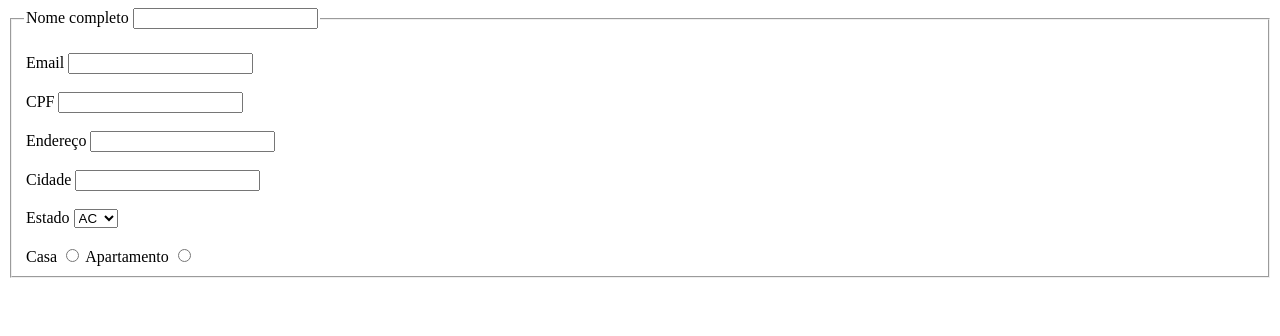
Repository: Parker9309/-trybe-exercises
Page: exercises/exercises-bloco6/html-e-css-forms-flexbox-e-responsivo_1/index.html
The author's editor kept a copy of each file at every save. The page is drawn from the files as they stood at one save, then again after a run of saves.
The browser window is 1280 px wide. The pictures show the whole page.

Above is the page before, as saved 2021-03-16 13:29:14.

### exercises/exercises-bloco6/html-e-css-forms-flexbox-e-responsivo_1/index.html
<!DOCTYPE html>
<html lang="pt-br">
<head>
  <meta charset="UTF-8">
  <meta http-equiv="X-UA-Compatible" content="IE=edge">
  <meta name="viewport" content="width=device-width, initial-scale=1.0">
  <title>Document</title>
</head>
<body>
  <form>
    <div id="forms">
    <fieldset>
      <legend>
        <label form="nome"> Nome completo
          <input type = "text" name="nome" id="nome" maxlength="40" required>
        </label>
      </legend>

  <br>

    <legend>
      <label form="mail"> Email
        <input type = "text" name="nome" id="mail" maxlength="50" required>
      </label>
    </legend>

  <br>

    <legend>
      <label form="cpf"> CPF
        <input type = "text" name="nome" id="cpf" maxlength="11" required>
      </label>
    </legend>

<br>

  <legend>
    <label form="nome"> Endereço
      <input type = "text" name="nome" id="endereço" maxlength="200" required>
    </label>
  </legend>

<br>

  <legend>
    <label form="nome"> Cidade
      <input type = "text" name="nome" id="city" maxlength="28" required>
    </label>
  </legend>

<br>

  <legend>
    <label form="nome"> Estado
      <select name="nome" id="estados" required>
    </label>
  </legend>

<br>

  <legend>
    <label form="nome"> Estado
      <select name="nome" id="estados" required>
    </label>
  </legend>

<br>

  <legend>
      <label form="nome">Casa</label>
      <input type="radio" name="nome" id="Moradia" required>
      <label form="nome">Apartamento</label>
      <input type="radio" name="nome" id="Moradia" required>
  </legend>
</fieldset>

</div>
</form>
<script src = "script.js"></script>
</body>
</html>

### exercises/exercises-bloco6/html-e-css-forms-flexbox-e-responsivo_1/script.js
let opcoes = document.getElementById('estados');
function criarOpcoes() {
  let estadosBr = ['AC', 'AL', 'AP','AM', 'BA','CE', 'DF',
  'ES', 'GO', 'MA', 'MT', 'MS', 'MG', 'PA', 'PB', 'PR','PE', 'PI', 'RJ', 'RN', 'RS', 'RO', 'RR', 'SC', 'SP', 'SE', 'TO'];
  for (let stateIndex = 0; stateIndex < estadosBr.length; stateIndex += 1) {
    let opcao = document.createElement('option');
    opcao.value = estadosBr[stateIndex].toLowerCase();
    opcao.id = 'estados';
    opcao.innerHTML = estadosBr[stateIndex];
    opcoes.appendChild(opcao);
  }
}
criarOpcoes()

After the next 2 saves:
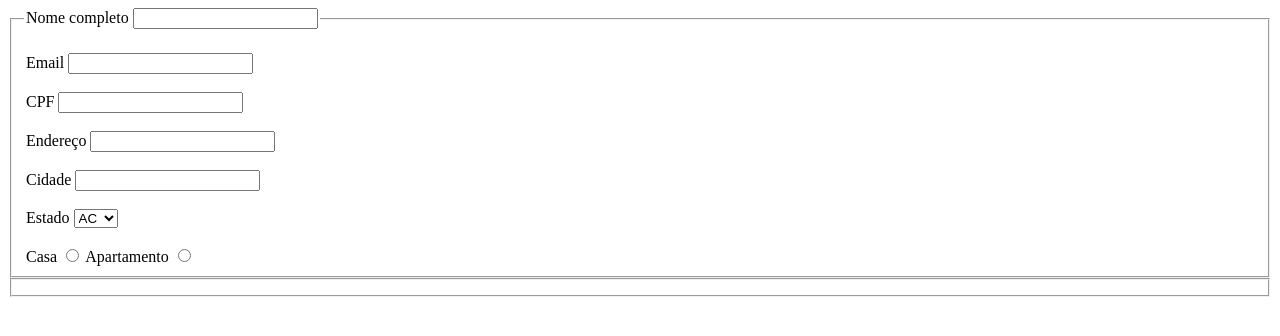
The 2 saves are shown as one change because they came seconds apart.
The last was saved 11 s later.
--- a/exercises/exercises-bloco6/html-e-css-forms-flexbox-e-responsivo_1/index.html
+++ b/exercises/exercises-bloco6/html-e-css-forms-flexbox-e-responsivo_1/index.html
@@ -73,7 +73,9 @@
       <input type="radio" name="nome" id="Moradia" required>
   </legend>
 </fieldset>
+<fieldset>
 
+</fieldset>
 </div>
 </form>
 <script src = "script.js"></script>
